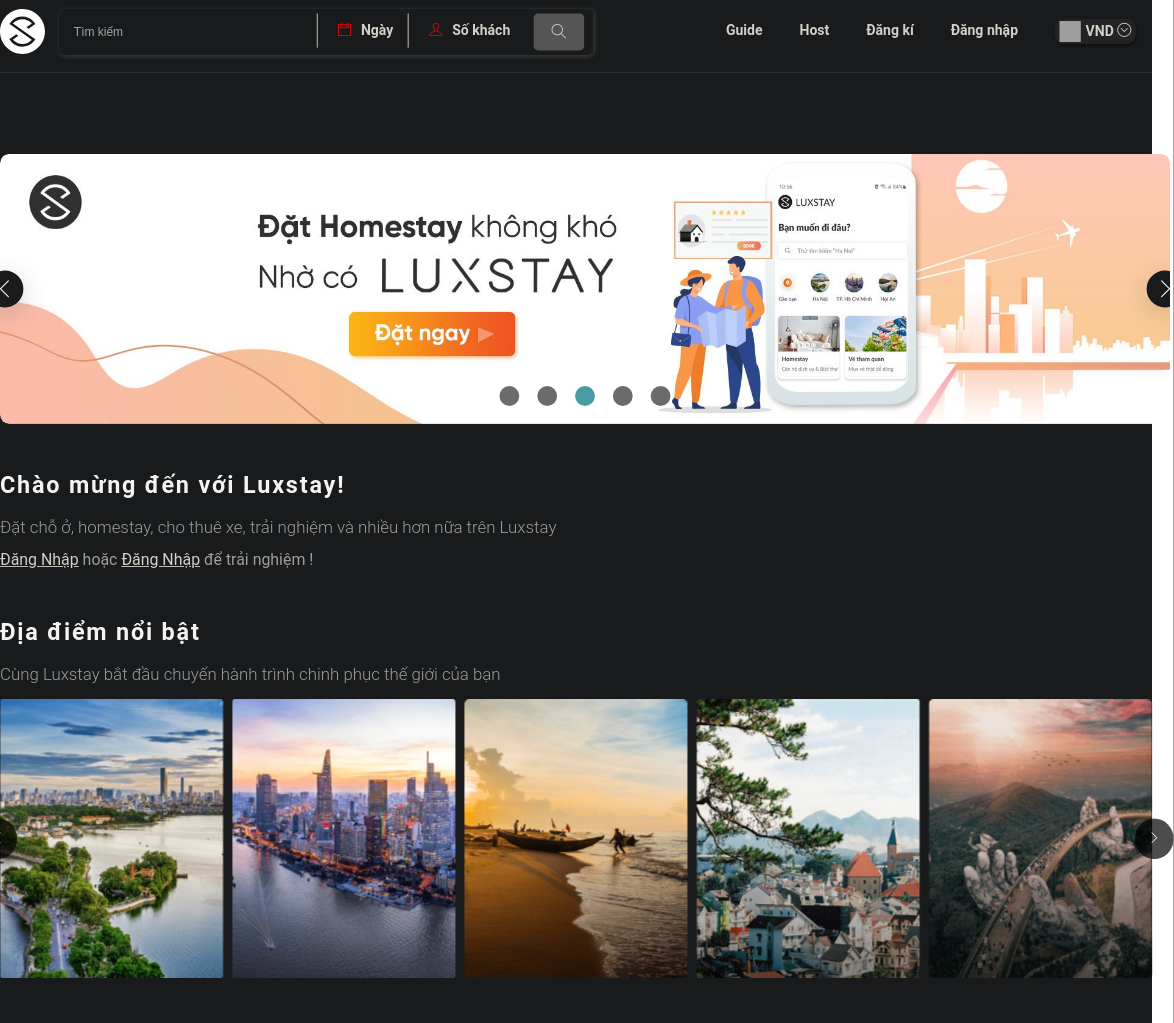
Repository: thuong22062004/Luxstay
Page: index.html
An editor plug-in stored every save of this project. The page is shown before and after the next save, followed by the edit.
The browser window is 1280 px wide. The page is 1304 px wide, so the pictures cover 1304 px, including what lies to the right of the window. The pictures show the whole page, at 90% of full size.
The first visible `.header__input-seacrch` has the focus.
Pictures or frames that could not be fetched are drawn as grey boxes. Some web libraries are served in a nearby version.

Above is the page before, as saved 2021-11-21 08:41:29.

After the next save:
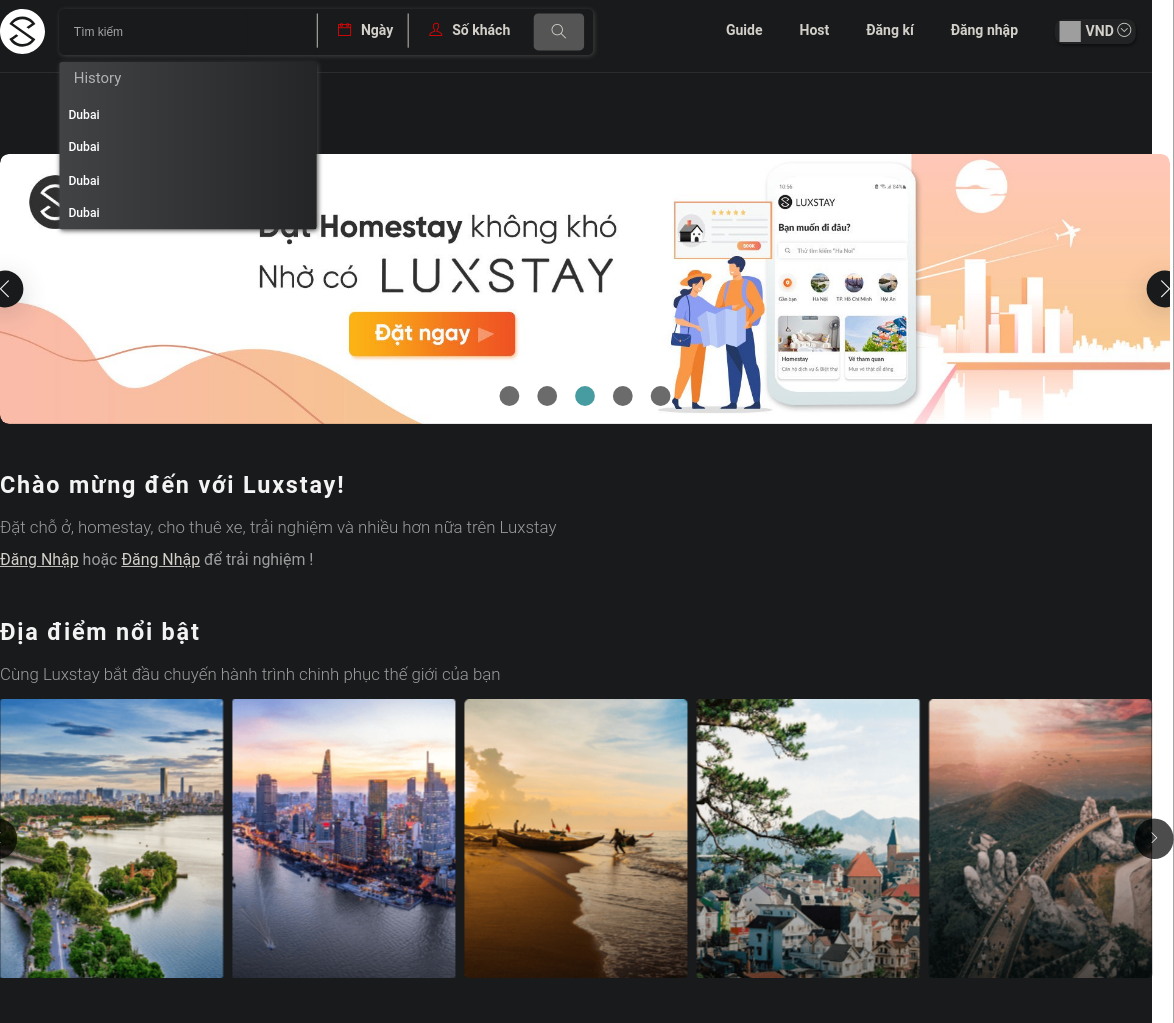
Saved 10 s later.
--- a/travel/dif.css
+++ b/travel/dif.css
@@ -245,6 +245,7 @@
 .header__input-seacrch:focus ~ .history__search{
 display:block;
 transform:translateY(0px);
+opacity: 1;
 }
 .container{
     background: #181a1b;
